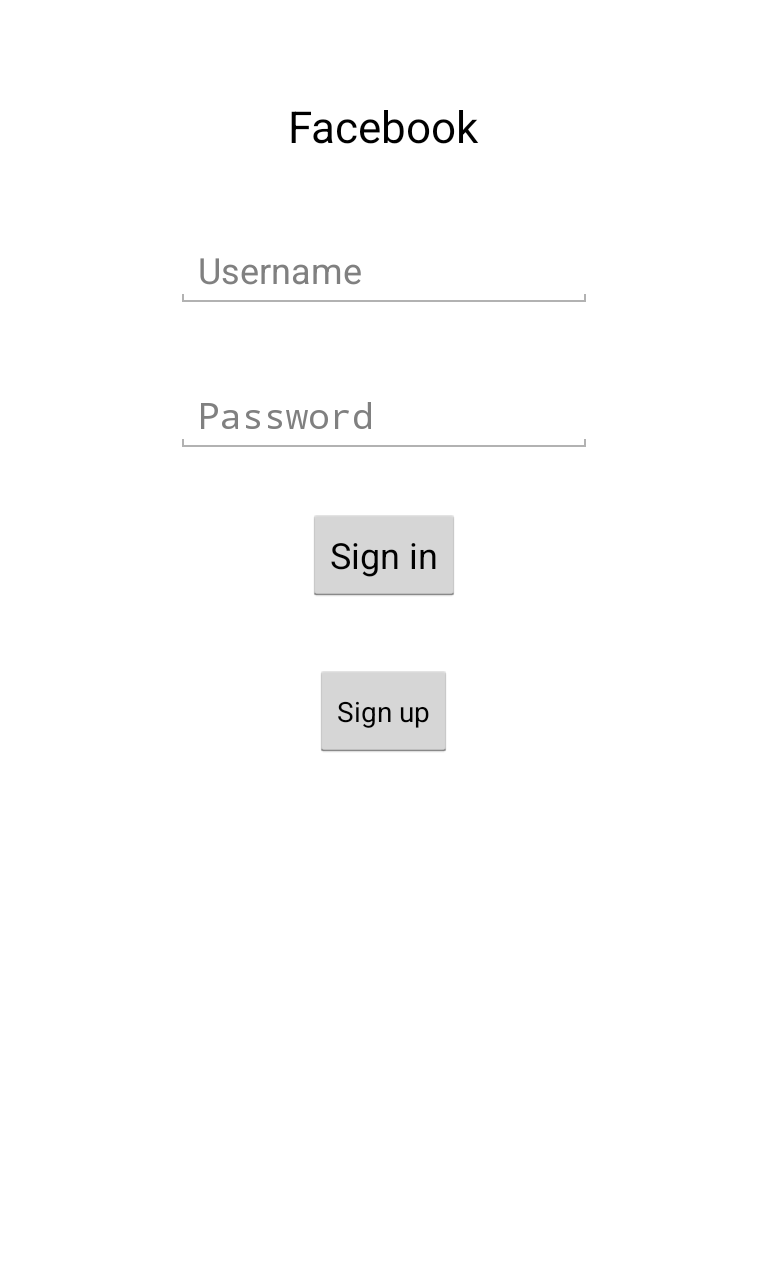
Repository: priyankaaj/practiced-apps
Layout: Facebook2/res/layout/activity_main.xml
These files come from the project's save history. The layout is drawn as it stood at one moment and after the next save; the edit follows.
It is drawn on a 768 x 1280 px phone screen (xhdpi) without system bars, with theme AppTheme; the app's code is not run.

Above is the layout before, as saved 2015-10-01 05:14:30.

### Facebook2/res/layout/activity_main.xml
<RelativeLayout xmlns:android="http://schemas.android.com/apk/res/android"
    xmlns:tools="http://schemas.android.com/tools"
    android:layout_width="match_parent"
    android:layout_height="match_parent"
    android:paddingBottom="@dimen/activity_vertical_margin"
    android:paddingLeft="@dimen/activity_horizontal_margin"
    android:paddingRight="@dimen/activity_horizontal_margin"
    android:paddingTop="@dimen/activity_vertical_margin"
    tools:context=".MainActivity" >

    <TextView
        android:id="@+id/textViewfb"
        android:layout_width="wrap_content"
        android:layout_height="wrap_content"
        android:layout_alignParentTop="true"
        android:layout_centerHorizontal="true"
        android:layout_marginTop="32dp"
        android:text="Facebook"
        android:textAppearance="?android:attr/textAppearanceLarge" />

    <EditText
        android:id="@+id/editTextpwd"
        android:layout_width="wrap_content"
        android:layout_height="wrap_content"
        android:layout_below="@+id/editTextusrnme"
        android:layout_centerHorizontal="true"
        android:layout_marginTop="33dp"
        android:ems="10"
        android:hint="Password"
        android:inputType="textPassword" />

    <EditText
        android:id="@+id/editTextusrnme"
        android:layout_width="wrap_content"
        android:layout_height="wrap_content"
        android:layout_below="@+id/textViewfb"
        android:layout_centerHorizontal="true"
        android:layout_marginTop="38dp"
        android:ems="10"
        android:hint="Username" />

    <Button
        android:id="@+id/buttonsignin"
        android:layout_width="wrap_content"
        android:layout_height="wrap_content"
        android:layout_below="@+id/editTextpwd"
        android:layout_centerHorizontal="true"
        android:layout_marginTop="26dp"
        android:text="Sign in" />

    <Button
        android:id="@+id/buttonsignup"
        style="?android:attr/buttonStyleSmall"
        android:layout_width="wrap_content"
        android:layout_height="wrap_content"
        android:layout_below="@+id/buttonsignin"
        android:layout_centerHorizontal="true"
        android:layout_marginTop="30dp"
        android:text="Sign up" />

</RelativeLayout>

Loaded but not shown: Facebook2/res/values/styles.xml (common file); Facebook2/res/values-v11/styles.xml (common file); Facebook2/res/values-v14/styles.xml (common file); Facebook2/res/values/dimens.xml (common file)

After the next save:
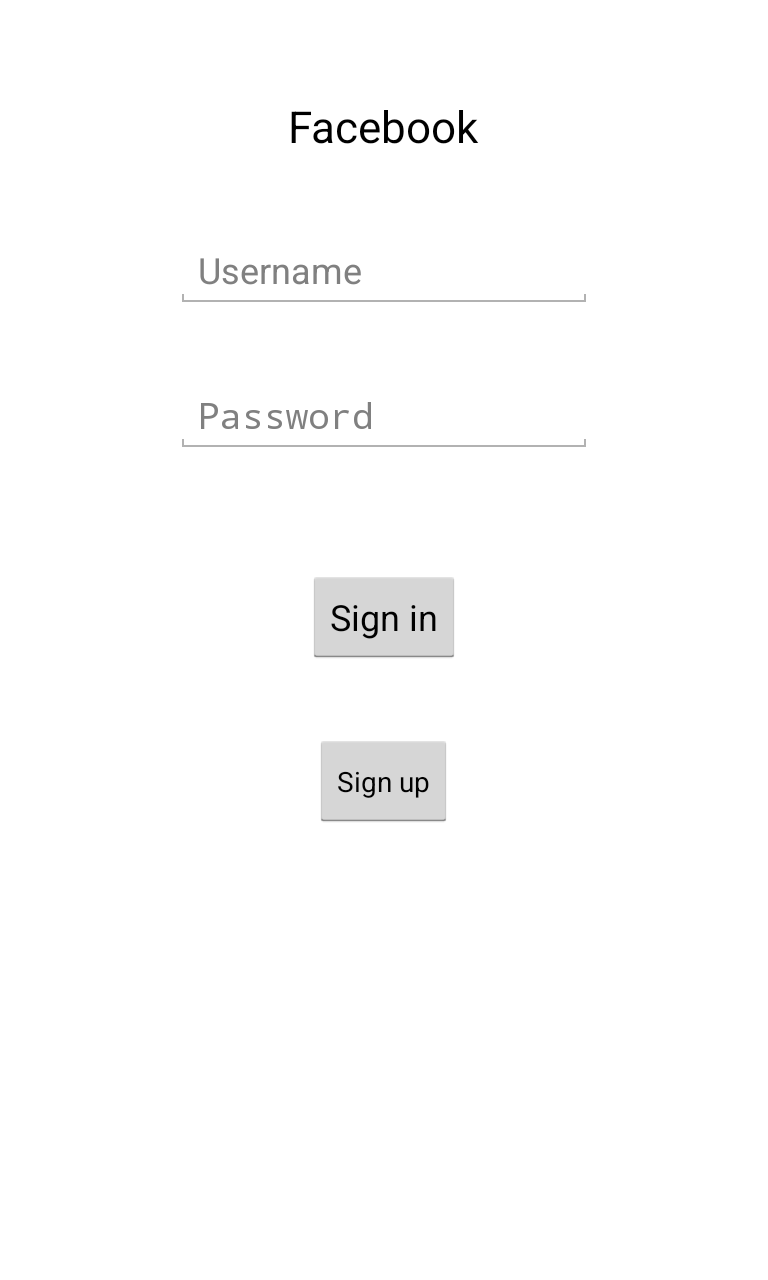
Saved 26 s later.
--- a/Facebook2/res/layout/activity_main.xml
+++ b/Facebook2/res/layout/activity_main.xml
@@ -40,22 +40,22 @@
         android:hint="Username" />
 
     <Button
-        android:id="@+id/buttonsignin"
-        android:layout_width="wrap_content"
-        android:layout_height="wrap_content"
-        android:layout_below="@+id/editTextpwd"
-        android:layout_centerHorizontal="true"
-        android:layout_marginTop="26dp"
-        android:text="Sign in" />
-
-    <Button
         android:id="@+id/buttonsignup"
         style="?android:attr/buttonStyleSmall"
         android:layout_width="wrap_content"
         android:layout_height="wrap_content"
         android:layout_below="@+id/buttonsignin"
         android:layout_centerHorizontal="true"
-        android:layout_marginTop="30dp"
+        android:layout_marginTop="34dp"
         android:text="Sign up" />
 
+    <Button
+        android:id="@+id/buttonsignin"
+        android:layout_width="wrap_content"
+        android:layout_height="wrap_content"
+        android:layout_below="@+id/editTextpwd"
+        android:layout_centerHorizontal="true"
+        android:layout_marginTop="57dp"
+        android:text="Sign in" />
+
 </RelativeLayout>
